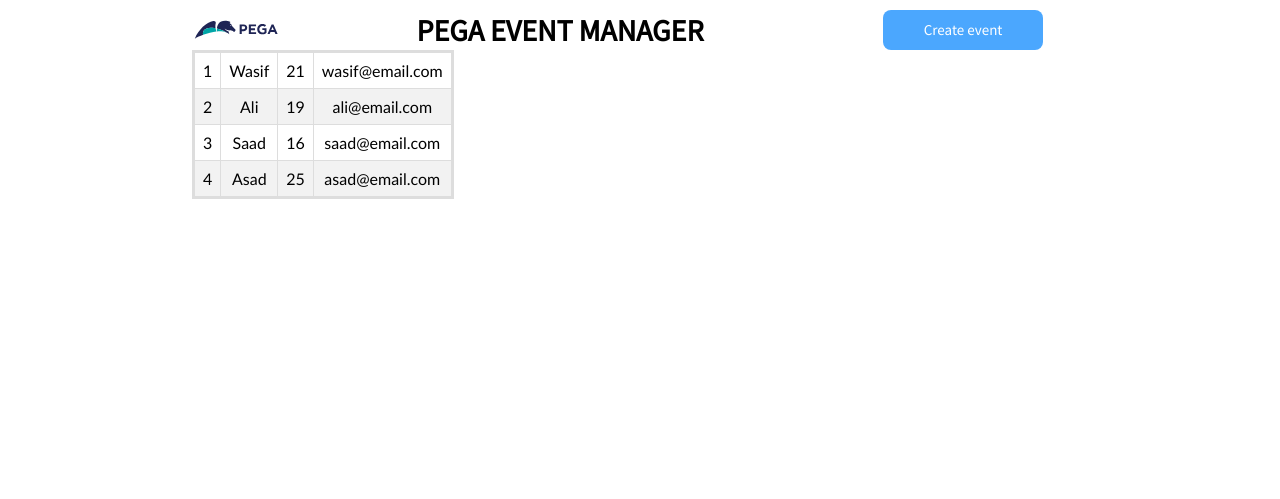
Repository: SasiVeeramachaneni/eventmanager
Page: /
An editor plug-in stored every save of this project. The page is shown before and after the next save, followed by the edit.
The browser window is 1280 px wide. The pictures show the whole page.
The project was rebuilt for these pictures with package versions that can differ from the ones it lists, and the page was loaded fresh each time. Also part of the build but not shown: src/Card.js.

Above is the page before, as saved 2020-09-02 13:13:11.

After the next save:
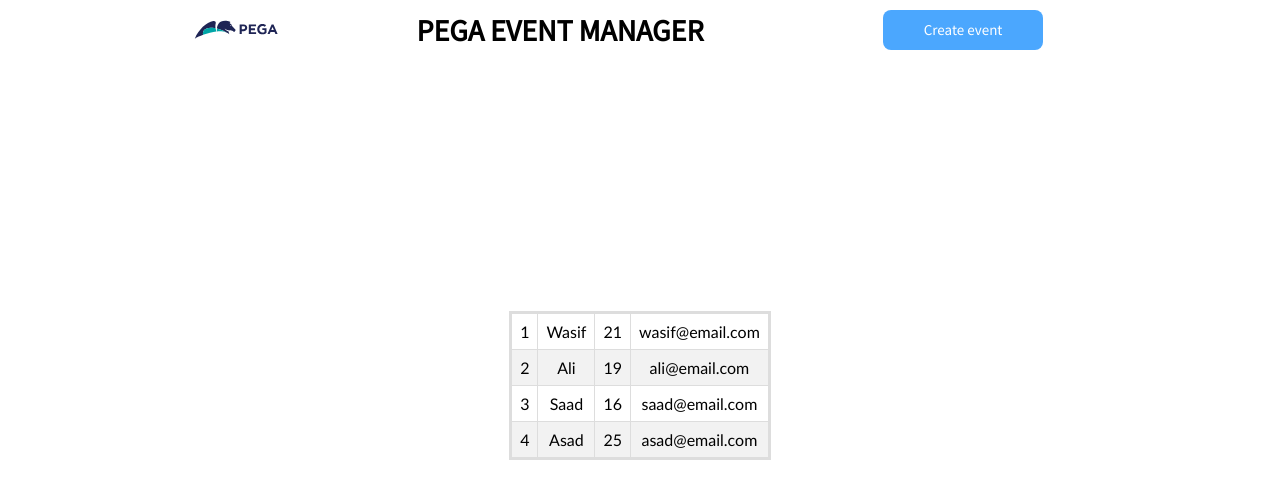
Saved 8 s later.
--- a/src/App.css
+++ b/src/App.css
@@ -69,7 +69,8 @@
 }
 
 .body {
-
+  align-items: center;
+  justify-content: center;
   display: flex;
 }
 
@@ -79,7 +80,6 @@
   border-collapse: collapse;
   border: 3px solid #ddd;
   width: 100%;
-  max-width: 100%;
 }
 
 #events td, #events th {
